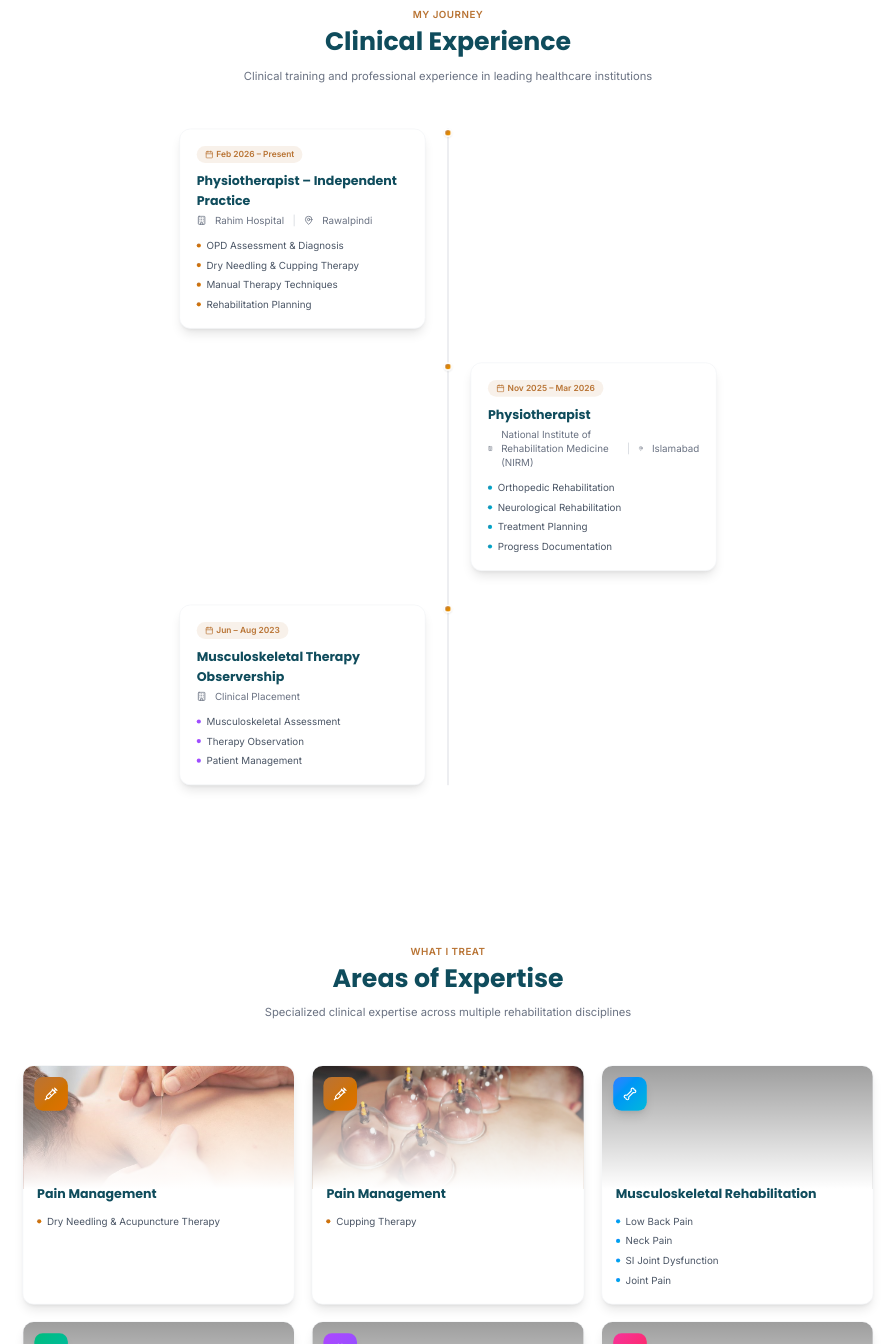
Repository: DaniGull01/dr_ghazala_mushtaq
Page: /
These files come from the project's save history. The page is drawn as it stood at one moment and after the next save; the edit follows.
The browser window is 1280 px wide. The pictures show the part of the page from y = 1834 to 3754 px (the page is 12761 px tall before and 12733 px after), at 70% of full size.
Pictures or frames that could not be fetched are drawn as grey boxes. The project was rebuilt for these pictures with package versions that can differ from the ones it lists, and the page was loaded fresh each time. Also part of the build but not shown: vite.config.js.

Above is the page before, as saved 2026-10-21 19:28:12.

### index.html
<!doctype html>
<html lang="en">
  <head>
    <meta charset="UTF-8" />
    <link rel="icon" type="image/svg+xml" href="/vite.svg" />
    <meta name="viewport" content="width=device-width, initial-scale=1.0" />
    <meta name="description" content="Dr. Ghazala Mushtaq - Doctor of Physical Therapy (DPT). Specializing in musculoskeletal, orthopedic, neurological and pediatric rehabilitation." />
    <meta name="keywords" content="physiotherapist, physical therapy, DPT, rehabilitation, Islamabad, Rawalpindi" />
    <link rel="preconnect" href="https://fonts.googleapis.com" />
    <link rel="preconnect" href="https://fonts.gstatic.com" crossorigin />
    <link href="https://fonts.googleapis.com/css2?family=Inter:wght@300;400;500;600;700&family=Poppins:wght@400;500;600;700;800&display=swap" rel="stylesheet" />
    <title>Dr. Ghazala Mushtaq | Doctor of Physical Therapy</title>
  </head>
  <body>
    <div id="root"></div>
    <script type="module" src="/src/main.jsx"></script>
  </body>
</html>

### src/App.jsx
import Navbar from './components/Navbar'
import Hero from './components/Hero'
import About from './components/About'
import Expertise from './components/Expertise'
import Services from './components/Services'
import Experience from './components/Experience'
import Certifications from './components/Certifications'
import Research from './components/Research'
import Skills from './components/Skills'
import Achievements from './components/Achievements'
import WhyChooseMe from './components/WhyChooseMe'
import CTA from './components/CTA'
import Contact from './components/Contact'
import Footer from './components/Footer'
import Reviews from './components/Reviews'

export default function App() {
  return (
    <div className="min-h-screen bg-white">
      <Navbar />
      <Hero />
      <About />
      <Experience />
      <Expertise />
      <Services />

      <Certifications />
      <Research />
      <Skills />
      <Achievements />
      <WhyChooseMe />
       <Reviews/>
      <CTA />
      <Contact />
      <Footer />
    </div>
  )
}

### src/index.css
@import "tailwindcss";

@theme {
  --color-deep-teal: #0F4C5C;
  --color-medical-blue: #2E86AB;
  --color-warm-copper: #B87333;
  --color-light-cream: #F8F5F0;
  --color-soft-gray: #6B7280;

  --font-heading: 'Poppins', sans-serif;
  --font-body: 'Inter', sans-serif;
}

html {
  scroll-behavior: smooth;
}

body {
  font-family: var(--font-body);
  color: #1f2937;
}

::-webkit-scrollbar {
  width: 8px;
}

::-webkit-scrollbar-track {
  background: #f1f1f1;
}

::-webkit-scrollbar-thumb {
  background: var(--color-medical-blue);
  border-radius: 4px;
}

::selection {
  background: var(--color-medical-blue);
  color: white;
}

### src/components/About.jsx
import { motion } from 'framer-motion'
import { Quote } from 'lucide-react'

const fadeUp = {
  hidden: { opacity: 0, y: 40 },
  visible: { opacity: 1, y: 0 },
}

export default function About() {
  return (
    <section id="about" className="py-20 lg:py-28 bg-light-cream">
      <div className="max-w-7xl mx-auto px-4 sm:px-6 lg:px-8">
        <div className="grid lg:grid-cols-2 gap-12 lg:gap-16 items-center">
          {/* Left - Image Placeholder */}
          <motion.div
            initial="hidden"
            whileInView="visible"
            viewport={{ once: true, margin: '-100px' }}
            variants={fadeUp}
            transition={{ duration: 0.6 }}
            className="relative"
          >
            <div className="relative rounded-3xl overflow-hidden shadow-2xl">
              <div className="w-full h-[500px]">
                <img
                  src="./1000512109.jpg"
                  alt="Dr. Ghazala Mushtaq"
                  className="w-full h-full object-contain"
                />
                {/* Gradient overlay */}

              </div>
            </div>
            {/* Decorative elements */}
            <div className="absolute -bottom-4 -right-4 w-24 h-24 border-2 border-warm-copper/30 rounded-2xl -z-10" />
            <div className="absolute -top-4 -left-4 w-24 h-24 bg-warm-copper/10 rounded-2xl -z-10" />
          </motion.div>

          {/* Right - Content */}
          <motion.div
            initial="hidden"
            whileInView="visible"
            viewport={{ once: true, margin: '-100px' }}
            variants={fadeUp}
            transition={{ duration: 0.6, delay: 0.2 }}
          >
            <span className="text-warm-copper font-semibold text-sm tracking-wider uppercase">About Doctor</span>
            <h2 className="text-3xl lg:text-4xl font-heading font-bold text-deep-teal mt-2 mb-6">
              Meet Dr. Ghazala Mushtaq
            </h2>
            <p className="text-gray-600 leading-relaxed mb-6">
             Dr. Ghazala Mushtaq is a Doctor of Physical Therapy (DPT) and Consultant Physiotherapist dedicated to providing patient-centered physiotherapy and rehabilitation services. She focuses on helping individuals improve mobility, manage pain, restore physical function, and enhance their quality of life through individualized rehabilitation plans and evidence-informed clinical care.
            </p>
            <p className="text-gray-600 leading-relaxed mb-8">
              She has professional experience in hospital-based physiotherapy and clinical practice, along with specialized training in dry needling and cupping therapy. Her approach emphasizes appropriate assessment, personalized treatment, patient education, and functional recovery.
            </p>

            <div className="grid grid-cols-2 gap-4">
              {[
                'Musculoskeletal Rehabilitation',
                'Orthopedic Rehabilitation',
                'Pediatric Rehabilitation',
                'Neurological Rehabilitation',
                'Post-Operative Care',
                'Pain Management',
              ].map((item, i) => (
                <motion.div
                  key={item}
                  initial={{ opacity: 0, x: -20 }}
                  whileInView={{ opacity: 1, x: 0 }}
                  viewport={{ once: true }}
                  transition={{ delay: 0.3 + i * 0.1 }}
                  className="flex items-center gap-2 text-gray-700"
                >
                  <div className="w-2 h-2 rounded-full bg-warm-copper flex-shrink-0" />
                  <span className="text-sm">{item}</span>
                </motion.div>
              ))}
            </div>
          </motion.div>
        </div>
      </div>
    </section>
  )
}

### src/components/Experience.jsx
import { motion } from 'framer-motion'
import { MapPin, Calendar, Building } from 'lucide-react'

const experiences = [
  {
    period: 'Feb 2026 – Present',
    title: 'Physiotherapist – Independent Practice',
    org: 'Rahim Hospital',
    location: 'Rawalpindi',
    color: 'from-warm-copper to-amber-600',
    items: [
      'OPD Assessment & Diagnosis',
      'Dry Needling & Cupping Therapy',
      'Manual Therapy Techniques',
      'Rehabilitation Planning',
    ],
  },
  {
    period: 'Nov 2025 – Mar 2026',
    title: 'Physiotherapist',
    org: 'National Institute of Rehabilitation Medicine (NIRM)',
    location: 'Islamabad',
    color: 'from-medical-blue to-cyan-500',
    items: [
      'Orthopedic Rehabilitation',
      'Neurological Rehabilitation',
      'Treatment Planning',
      'Progress Documentation',
    ],
  },

  {
    period: 'Jun – Aug 2023',
    title: 'Musculoskeletal Therapy Observership',
    org: 'Clinical Placement',
    location: '',
    color: 'from-purple-500 to-violet-500',
    items: [
      'Musculoskeletal Assessment',
      'Therapy Observation',
      'Patient Management',
    ],
  },
]

export default function Experience() {
  return (
    <section id="experience" className="py-20 lg:py-28 bg-white">
      <div className="max-w-7xl mx-auto px-4 sm:px-6 lg:px-8">
        <motion.div
          initial={{ opacity: 0, y: 30 }}
          whileInView={{ opacity: 1, y: 0 }}
          viewport={{ once: true }}
          transition={{ duration: 0.6 }}
          className="text-center mb-16"
        >
          <span className="text-warm-copper font-semibold text-sm tracking-wider uppercase">My Journey</span>
          <h2 className="text-3xl lg:text-4xl font-heading font-bold text-deep-teal mt-2">
            Clinical Experience
          </h2>
          <p className="text-gray-500 mt-4 max-w-2xl mx-auto">
            Clinical training and professional experience in leading healthcare institutions
          </p>
        </motion.div>

        <div className="relative max-w-3xl mx-auto">
          {/* Vertical Line */}
          <div className="absolute left-0 md:left-1/2 top-0 bottom-0 w-0.5 bg-gray-200 md:-translate-x-px" />

          {experiences.map((exp, index) => (
            <motion.div
              key={exp.title}
              initial={{ opacity: 0, x: index % 2 === 0 ? -40 : 40 }}
              whileInView={{ opacity: 1, x: 0 }}
              viewport={{ once: true, margin: '-50px' }}
              transition={{ duration: 0.6, delay: index * 0.1 }}
              className={`relative flex flex-col md:flex-row gap-6 md:gap-12 mb-12 last:mb-0 ${
                index % 2 === 0 ? 'md:flex-row' : 'md:flex-row-reverse'
              }`}
            >
              {/* Timeline Dot */}
              <div className="absolute left-[-5px] md:left-1/2 md:-translate-x-1/2 w-3 h-3 rounded-full bg-gradient-to-br from-warm-copper to-amber-500 border-2 border-white shadow z-10" />

              {/* Content Card */}
              <div className={`ml-8 md:ml-0 md:w-1/2 ${index % 2 === 0 ? 'md:pr-8' : 'md:pl-8'}`}>
                <div className="bg-white rounded-2xl p-6 shadow-lg hover:shadow-xl transition-all duration-300 border border-gray-100">
                  <span className="inline-flex items-center gap-1 text-xs font-semibold text-warm-copper bg-warm-copper/10 px-3 py-1 rounded-full mb-3">
                    <Calendar size={12} />
                    {exp.period}
                  </span>
                  <h3 className="text-lg font-heading font-bold text-deep-teal mb-1">{exp.title}</h3>
                  <div className="flex items-center gap-3 text-gray-500 text-sm mb-4">
                    <Building size={14} />
                    <span>{exp.org}</span>
                    {exp.location && (
                      <>
                        <span className="text-gray-300">|</span>
                        <MapPin size={14} />
                        <span>{exp.location}</span>
                      </>
                    )}
                  </div>
                  <ul className="space-y-2">
                    {exp.items.map((item) => (
                      <li key={item} className="flex items-center gap-2 text-gray-600 text-sm">
                        <div className={`w-1.5 h-1.5 rounded-full bg-gradient-to-br ${exp.color} flex-shrink-0`} />
                        {item}
                      </li>
                    ))}
                  </ul>
                </div>
              </div>
            </motion.div>
          ))}
        </div>
      </div>
    </section>
  )
}

### src/components/Skills.jsx
import { motion } from 'framer-motion'
import { useInView } from 'framer-motion'
import { useRef } from 'react'

const skills = [
  { name: 'Patient Assessment', level: 95 },
  { name: 'Manual Therapy', level: 92 },
  { name: 'Musculoskeletal Rehabilitation', level: 93 },
  { name: 'Orthopedic Rehabilitation', level: 90 },
  { name: 'Neurological Rehabilitation', level: 85 },
  { name: 'Dry Needling', level: 88 },
  { name: 'Cupping Therapy', level: 90 },
  { name: 'Electrotherapy', level: 87 },
  { name: 'Pain Management', level: 91 },
  { name: 'Documentation & Reporting', level: 89 },
]

function SkillBar({ name, level, index }) {
  const ref = useRef(null)
  const isInView = useInView(ref, { once: true, margin: '-50px' })

  return (
    <div ref={ref} className="space-y-2">
      <div className="flex justify-between items-center">
        <span className="text-sm font-medium text-gray-700">{name}</span>
        <span className="text-xs font-bold text-medical-blue">{level}%</span>
      </div>
      <div className="w-full h-2.5 bg-gray-100 rounded-full overflow-hidden">
        <motion.div
          initial={{ width: 0 }}
          animate={isInView ? { width: `${level}%` } : { width: 0 }}
          transition={{ duration: 1, delay: index * 0.1, ease: 'easeOut' }}
          className="h-full rounded-full bg-gradient-to-r from-medical-blue to-deep-teal"
        />
      </div>
    </div>
  )
}

export default function Skills() {
  return (
    <section id="skills" className="py-20 lg:py-28 bg-light-cream">
      <div className="max-w-7xl mx-auto px-4 sm:px-6 lg:px-8">
        <motion.div
          initial={{ opacity: 0, y: 30 }}
          whileInView={{ opacity: 1, y: 0 }}
          viewport={{ once: true }}
          transition={{ duration: 0.6 }}
          className="text-center mb-16"
        >
          <span className="text-warm-copper font-semibold text-sm tracking-wider uppercase">Proficiencies</span>
          <h2 className="text-3xl lg:text-4xl font-heading font-bold text-deep-teal mt-2">
            Professional Skills
          </h2>
          <p className="text-gray-500 mt-4 max-w-2xl mx-auto">
            Clinical competencies developed through rigorous training and practice
          </p>
        </motion.div>

        <div className="grid lg:grid-cols-5 gap-8 items-center max-w-5xl mx-auto">
          {/* Skills Bars */}
          <div className="lg:col-span-3">
            <div className="grid sm:grid-cols-2 gap-x-12 gap-y-6">
              {skills.map((skill, index) => (
                <SkillBar key={skill.name} name={skill.name} level={skill.level} index={index} />
              ))}
            </div>
          </div>

          {/* Image */}
          <motion.div
            initial={{ opacity: 0, x: 30 }}
            whileInView={{ opacity: 1, x: 0 }}
            viewport={{ once: true }}
            transition={{ duration: 0.6, delay: 0.3 }}
            className="lg:col-span-2"
          >
            <div className="relative rounded-3xl overflow-hidden shadow-xl">
              <img
                src="https://images.unsplash.com/photo-1579684385127-1ef15d508118?w=500&q=80"
                alt="Physiotherapy practice"
                className="w-full h-72 lg:h-96 object-cover"
                loading="lazy"
              />
              <div className="absolute inset-0 bg-gradient-to-t from-deep-teal/50 via-transparent to-transparent" />
              <div className="absolute bottom-6 left-6 right-6">
                <p className="text-white font-heading font-semibold text-lg">Comprehensive Care</p>
                <p className="text-white/80 text-sm">Evidence-based techniques for every condition</p>
              </div>
            </div>
          </motion.div>
        </div>
      </div>
    </section>
  )
}

### src/components/CTA.jsx
import { motion } from 'framer-motion'
import { Calendar, MessageCircle } from 'lucide-react'

export default function CTA() {
  return (
    <section className="relative py-24 lg:py-32 overflow-hidden">
      {/* Background */}
      <div className="absolute inset-0 bg-gradient-to-br from-deep-teal via-deep-teal to-medical-blue" />

      {/* Medical Background Image */}
      <div
        className="absolute inset-0 opacity-10"
        style={{
          backgroundImage: "url('https://images.unsplash.com/photo-1576091160399-112ba8d25d1d?w=1920&q=80')",
          backgroundSize: 'cover',
          backgroundPosition: 'center',
        }}
      />

      {/* Abstract Medical Shapes */}
      <div className="absolute inset-0 opacity-10">
        <div className="absolute top-10 left-10 w-64 h-64 border border-white/30 rounded-full" />
        <div className="absolute bottom-10 right-10 w-80 h-80 border border-white/20 rounded-full" />
        <div className="absolute top-1/2 left-1/2 -translate-x-1/2 -translate-y-1/2 w-96 h-96 border border-white/10 rounded-full" />
        <div className="absolute top-20 right-20 w-48 h-48 bg-white/10 rounded-full blur-3xl" />
        <div className="absolute bottom-20 left-20 w-56 h-56 bg-warm-copper/20 rounded-full blur-3xl" />
        {/* Cross/plus medical symbols */}
        <div className="absolute top-1/4 left-1/4 text-white/20 text-6xl font-light">+</div>
        <div className="absolute bottom-1/4 right-1/4 text-white/20 text-6xl font-light">+</div>
      </div>

      <div className="relative max-w-4xl mx-auto px-4 sm:px-6 lg:px-8 text-center">
        <motion.div
          initial={{ opacity: 0, y: 30 }}
          whileInView={{ opacity: 1, y: 0 }}
          viewport={{ once: true }}
          transition={{ duration: 0.6 }}
        >
          <h2 className="text-3xl sm:text-4xl lg:text-5xl font-heading font-bold text-white mb-6 leading-tight">
            Start Your Recovery Journey Today
          </h2>
          <p className="text-gray-200 text-lg max-w-2xl mx-auto mb-10 leading-relaxed">
            Take the first step toward a pain-free, active lifestyle. Book your consultation now and experience personalized physiotherapy care.
          </p>
          <div className="flex flex-wrap justify-center gap-4">
            <a
              href="#contact"
              className="inline-flex items-center gap-2 bg-warm-copper hover:bg-warm-copper/90 text-white px-8 py-3.5 rounded-full font-semibold text-base transition-all hover:shadow-xl hover:shadow-warm-copper/30"
            >
              <Calendar size={18} />
              Book Appointment
            </a>
            <a
              href="https://wa.me/923188910400"
              target="_blank"
              rel="noopener noreferrer"
              className="inline-flex items-center gap-2 bg-white/10 hover:bg-white/20 text-white px-8 py-3.5 rounded-full font-semibold text-base transition-all border border-white/30"
            >
              <MessageCircle size={18} />
              WhatsApp Consultation
            </a>
          </div>
        </motion.div>
      </div>
    </section>
  )
}

### src/components/Reviews.jsx
import { motion } from 'framer-motion'
import ReviewsList from './ReviewsList'
import ReviewForm from './ReviewForm'

export default function Reviews() {
  return (
    <section id="reviews" className="py-20 lg:py-28 bg-light-cream">
      <div className="max-w-7xl mx-auto px-4 sm:px-6 lg:px-8">
        <motion.div
          initial={{ opacity: 0, y: 30 }}
          whileInView={{ opacity: 1, y: 0 }}
          viewport={{ once: true }}
          transition={{ duration: 0.6 }}
          className="text-center mb-16"
        >
          <span className="text-warm-copper font-semibold text-sm tracking-wider uppercase">
            Patient Feedback
          </span>
          <h2 className="text-3xl lg:text-4xl font-heading font-bold text-deep-teal mt-2">
            What Patients Say
          </h2>
          <p className="text-gray-500 mt-4 max-w-2xl mx-auto">
            Real experiences from people who've completed treatment
          </p>
        </motion.div>

        <div className="grid lg:grid-cols-5 gap-8 items-start">
          {/* Reviews take more visual weight — social proof first */}
          <div className="lg:col-span-3">
            <ReviewsList />
          </div>
          <div className="lg:col-span-2 lg:sticky lg:top-24">
            <ReviewForm />
          </div>
        </div>
      </div>
    </section>
  )
}

Loaded but not shown: src/main.jsx (common file); src/components/Contact.jsx (258 lines, source omitted); src/components/Services.jsx (236 lines, source omitted); src/components/ReviewsList.jsx (208 lines, source omitted); src/components/ReviewForm.jsx (196 lines, source omitted); src/components/Hero.jsx (137 lines, source omitted); src/components/Navbar.jsx (142 lines, source omitted); src/components/Expertise.jsx (134 lines, source omitted); src/components/Achievements.jsx (101 lines, source omitted); src/components/Footer.jsx (106 lines, source omitted); src/components/Certifications.jsx (111 lines, source omitted); src/components/Research.jsx (82 lines, source omitted); src/components/WhyChooseMe.jsx (90 lines, source omitted)

After the next save:
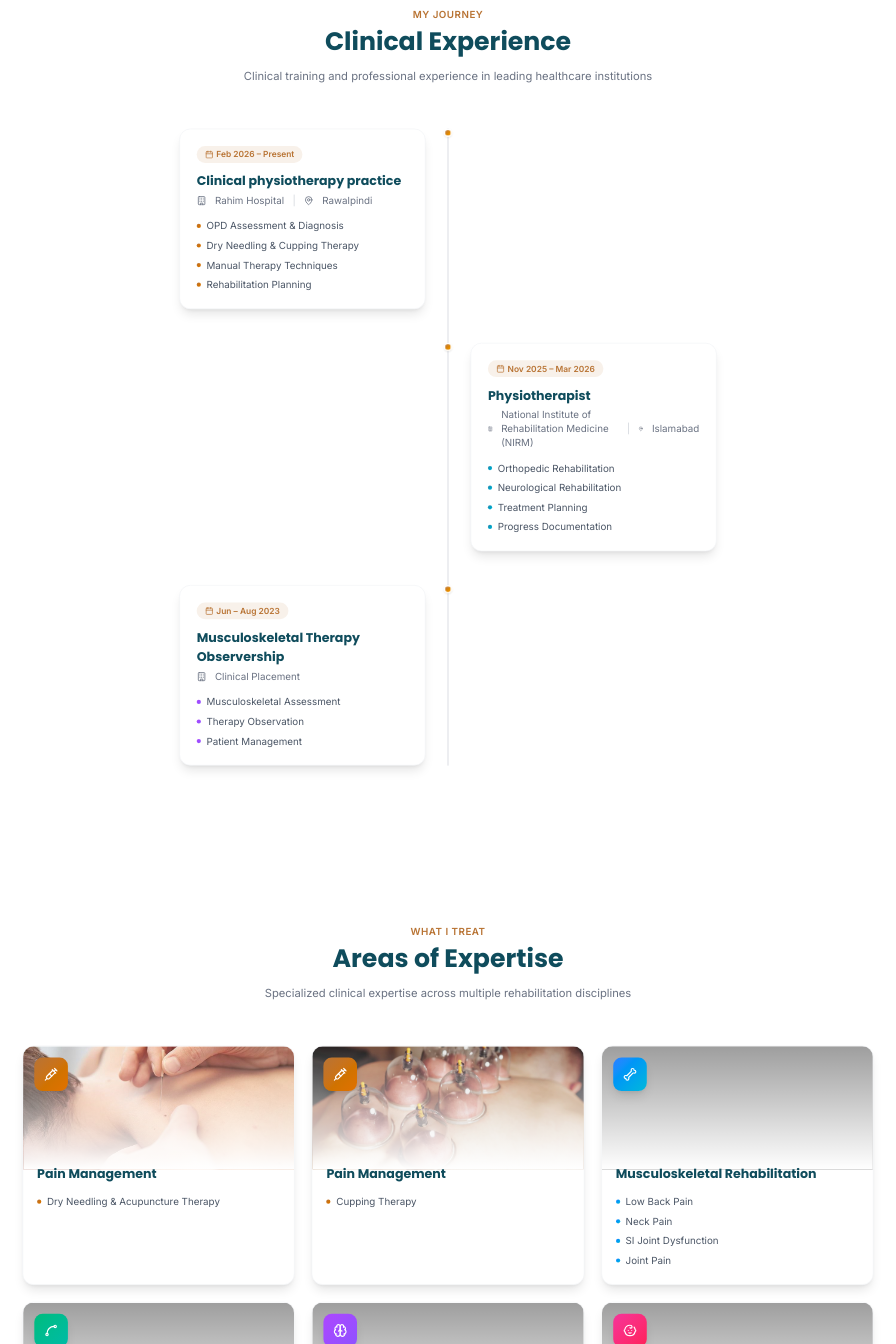
Saved 3 min 41 s later.
--- a/src/components/Experience.jsx
+++ b/src/components/Experience.jsx
@@ -4,7 +4,7 @@ import { MapPin, Calendar, Building } from 'lucide-react'
 const experiences = [
   {
     period: 'Feb 2026 – Present',
-    title: 'Physiotherapist – Independent Practice',
+    title: 'Clinical physiotherapy practice',
     org: 'Rahim Hospital',
     location: 'Rawalpindi',
     color: 'from-warm-copper to-amber-600',
